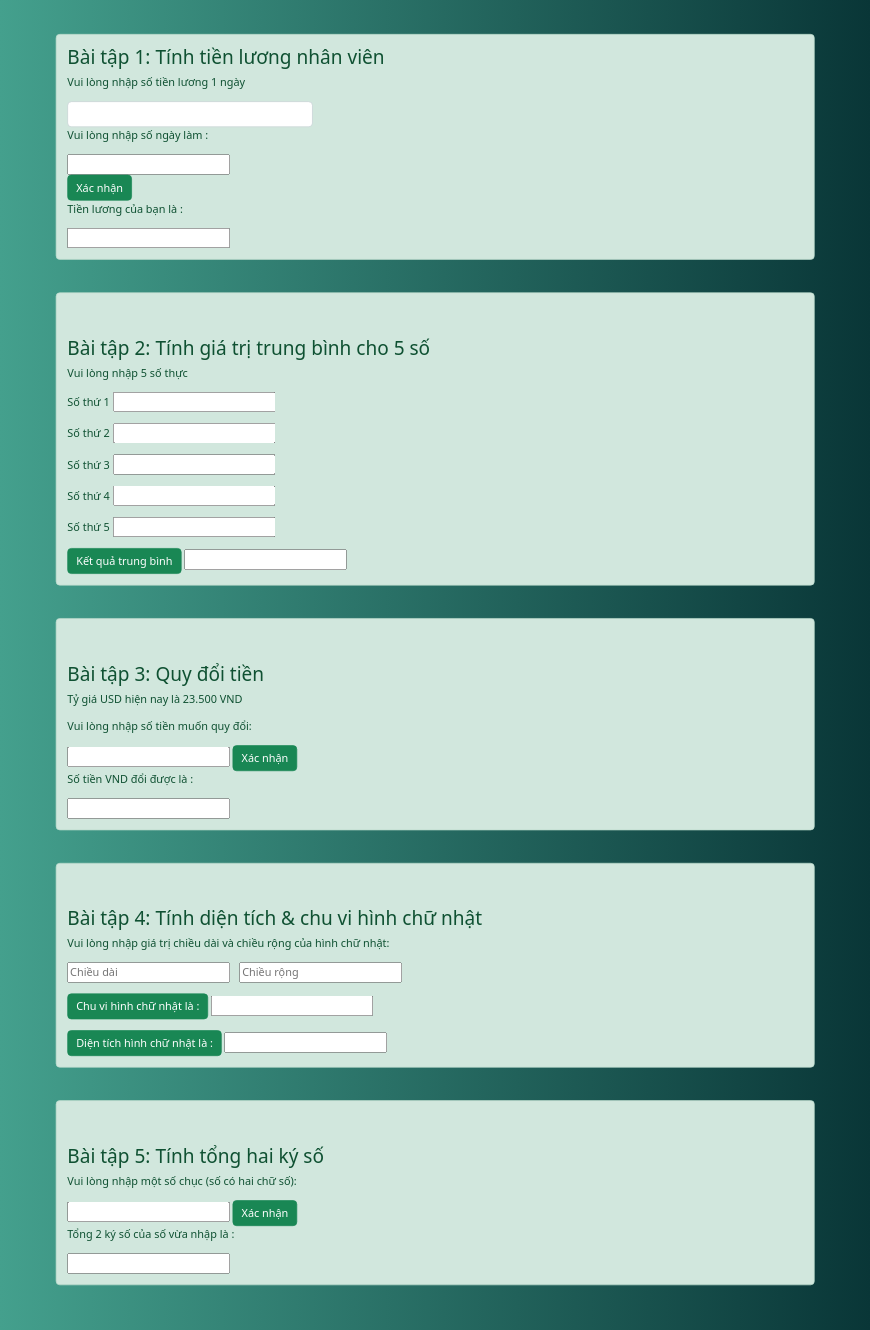
Repository: hcozyph/TranHuuPhuoc_BC43_BT_JS_Buoi2
Page: index.html
These files come from the project's save history. The page is drawn as it stood at one moment and after the next save; the edit follows.
The browser window is 1280 px wide. The pictures show the whole page, at 68% of full size.

Above is the page before, as saved 2023-02-03 20:34:59.

After the next save:
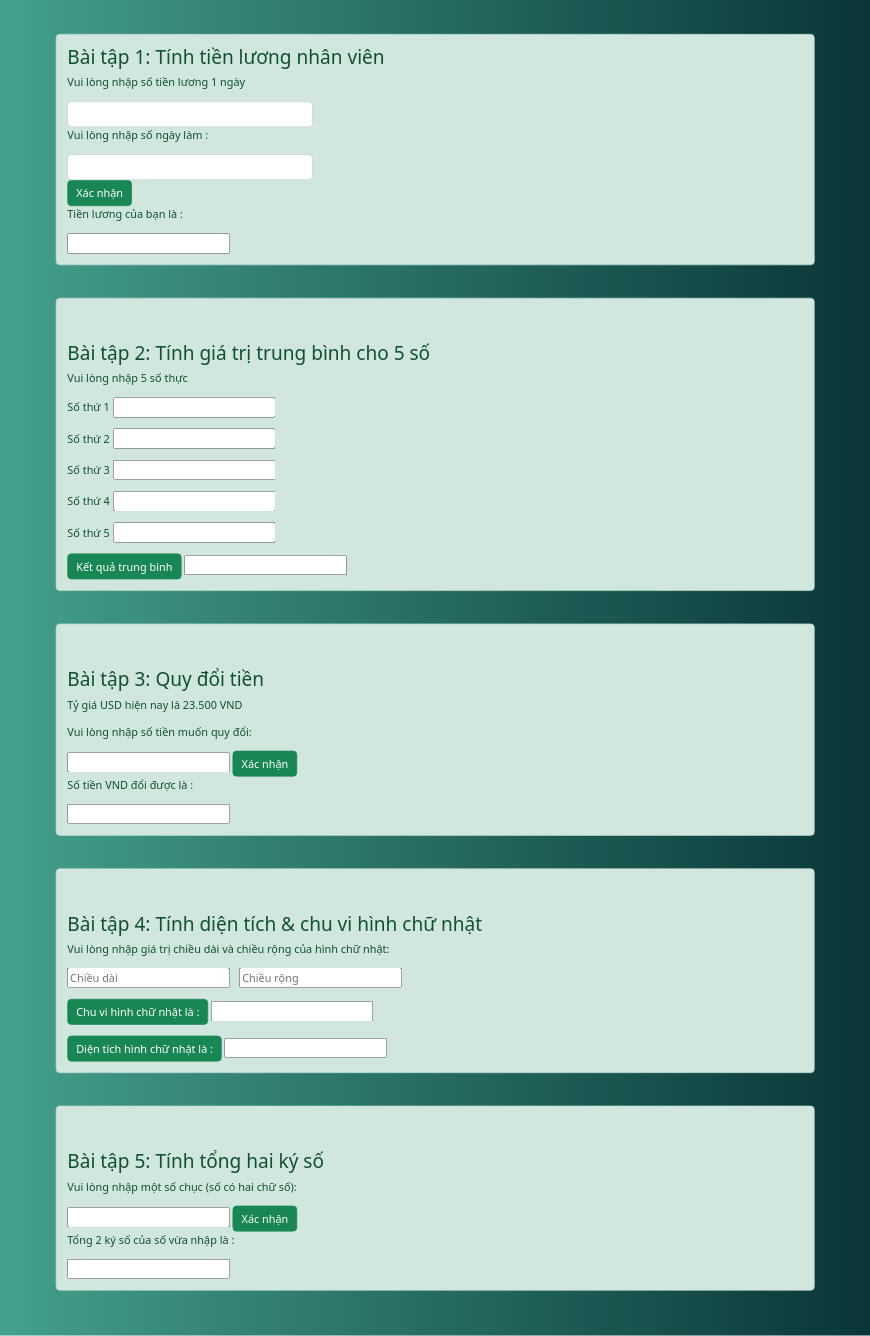
Saved 19 s later.
--- a/index.html
+++ b/index.html
@@ -61,7 +61,11 @@
                     <div class="col-4">
                         <p>Vui lòng nhập số ngày làm :</p>
 
-                        <input type="number" id="soNgayLam" />
+                        <input
+                            type="number"
+                            id="soNgayLam"
+                            class="form-control"
+                        />
                     </div>
 
                     <button
